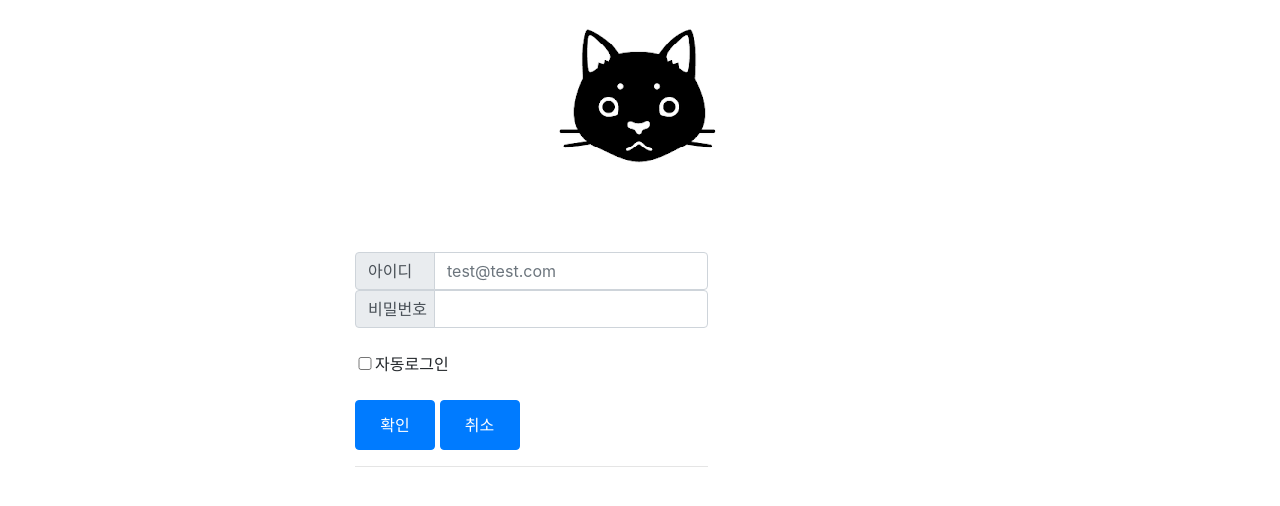
Repository: 0deepsleep/SpringMVCStudy
Page: http://localhost/TestProject/joinCheck.jsp
The author's editor kept a copy of each file at every save. The page is drawn from the files as they stood at one save, then again after the next save.
The browser window is 1280 px wide. The pictures show the whole page.
The page is served by Tomcat 9.

Above is the page before, as saved 2019-06-14 09:42:03.

### TestProject/WebContent/joinCheck.jsp
<%@ page contentType="text/html; charset=UTF-8"%>
<%@ taglib prefix="c" uri="http://java.sun.com/jsp/jstl/core" %>
<%
	request.setCharacterEncoding("UTF-8");
	String cp = request.getContextPath();
%>
<!DOCTYPE html>
<html>
<head>
<meta charset="UTF-8">
<title>joinCheck.jsp</title>
<link rel="stylesheet" href="https://stackpath.bootstrapcdn.com/bootstrap/4.3.1/css/bootstrap.min.css">
<style type="text/css">
	.bolck
	{
		width: 80px;
	}

	.btn
	{
		width: 80px;
		height: 50px
	}


	#err
	{
		display: none;
		color: red;
		font-size: small;
	}

	*{text-align:left;}

</style>
<script type="text/javascript" src="https://ajax.googleapis.com/ajax/libs/jquery/3.4.1/jquery.min.js"></script>
<script type="text/javascript">

	$(document).ready(function()
	{
		$("#btn").click(function()
		{

			$("#err").css("display", "none");

			if($("#userPwd").val()=="")
			{
				$("#err").css("display", "inline");
				return;
			}

			$("#memberForm").submit();

		});


	});
</script>
</head>
<body>

<div class="text-center container">
	<img src="<%=cp %>/img/cat.png" class="rounded" alt="" >
  <div class="row" style="margin-top: 60px;">
  	<div class="col-md-6- offset-md-3">
  		<div class="input-group" id="memberForm">
	  		<div class="input-group-prepend">
		    	<span class="input-group-text bolck">아이디</span>
		    </div>
		  <input type="text" id="userId" name="userId" class="form-control"
		  required="required" placeholder="test@test.com">
		    </div>

		<div class="input-group" id="memberForm">
	  		<div class="input-group-prepend">
		    	<span class="input-group-text bolck">비밀번호</span>
		    </div>
		  	<input type="password" id="userPwd" name="userPwd" class="form-control"
		  required="required" >
		</div>
		<span id="err">패스워드를 입력하세요.</span>
		<br><input type="checkbox" style="width: 20px;">자동로그인

		<br><br>
		<button type="button" id="btn" name="btn" class="btn-primary btn">확인</button>
		<button type="button" id="btn" name="btn" class="btn-primary btn">취소</button>
		<br><hr />

	</div>
  </div>
</div>

</body>
</html>

After the next save:
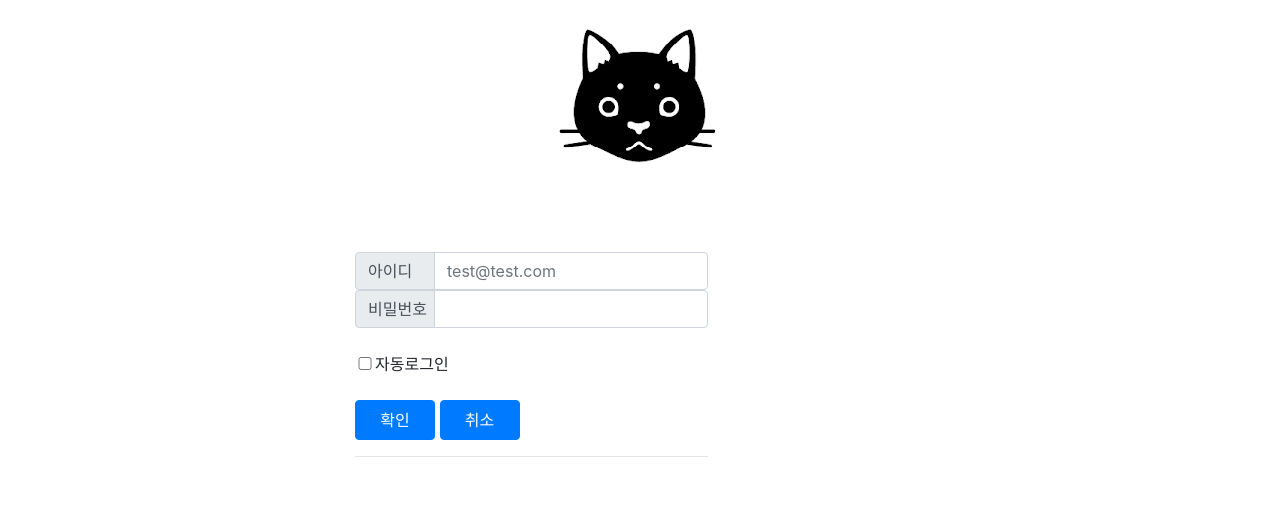
Saved 7 s later.
--- a/TestProject/WebContent/joinCheck.jsp
+++ b/TestProject/WebContent/joinCheck.jsp
@@ -19,7 +19,7 @@
 	.btn
 	{
 		width: 80px;
-		height: 50px
+		height: 40px
 	}
 
 
